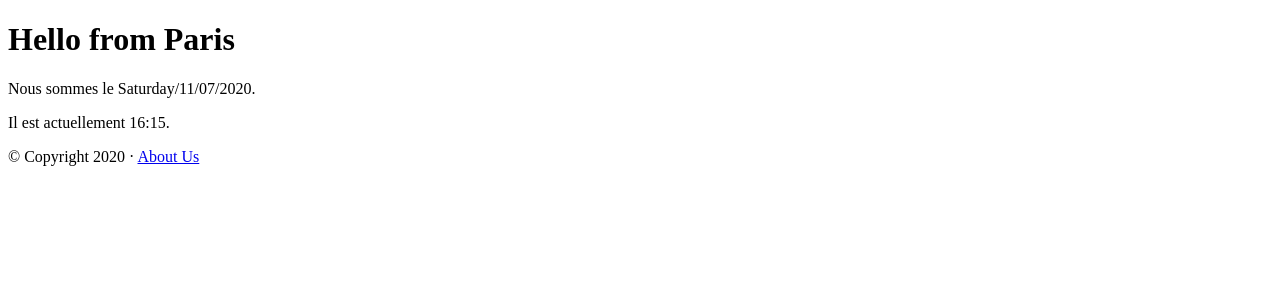
Repository: Elfebleu9/hello_city
Page: templates/pages/home.html.twig
An editor plug-in stored every save of this project. The page is shown before and after the next save, followed by the edit.
The browser window is 1280 px wide. The pictures show the whole page.
The page is a Twig template of a Symfony application; nobody is signed in and links lead nowhere. The template is opened directly, without the code that normally fills it, so the values that code supplies are empty.

Above is the page before, as saved 2020-07-13 11:47:51.

After the next save:
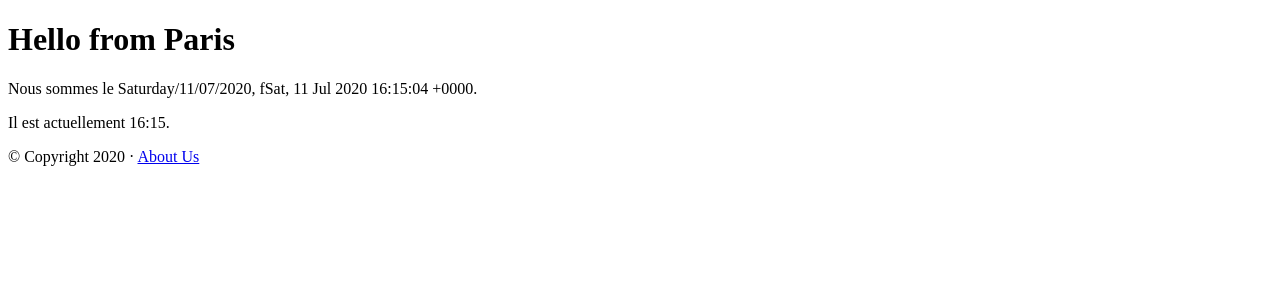
Saved 17 s later.
--- a/templates/pages/home.html.twig
+++ b/templates/pages/home.html.twig
@@ -2,6 +2,6 @@
  {% block title 'Hello Paris ! ' %}
  {% block body %}
     <h1>Hello from Paris</h1>
-    <p>Nous sommes le {{'now'|date('l/d/m/Y', fr)}}.</p>
+    <p>Nous sommes le {{'now'|date('l/d/m/Y, fr')}}.</p>
     <p> Il est actuellement {{ 'now'|date('H:i')}}.</p>
  {% endblock %}
